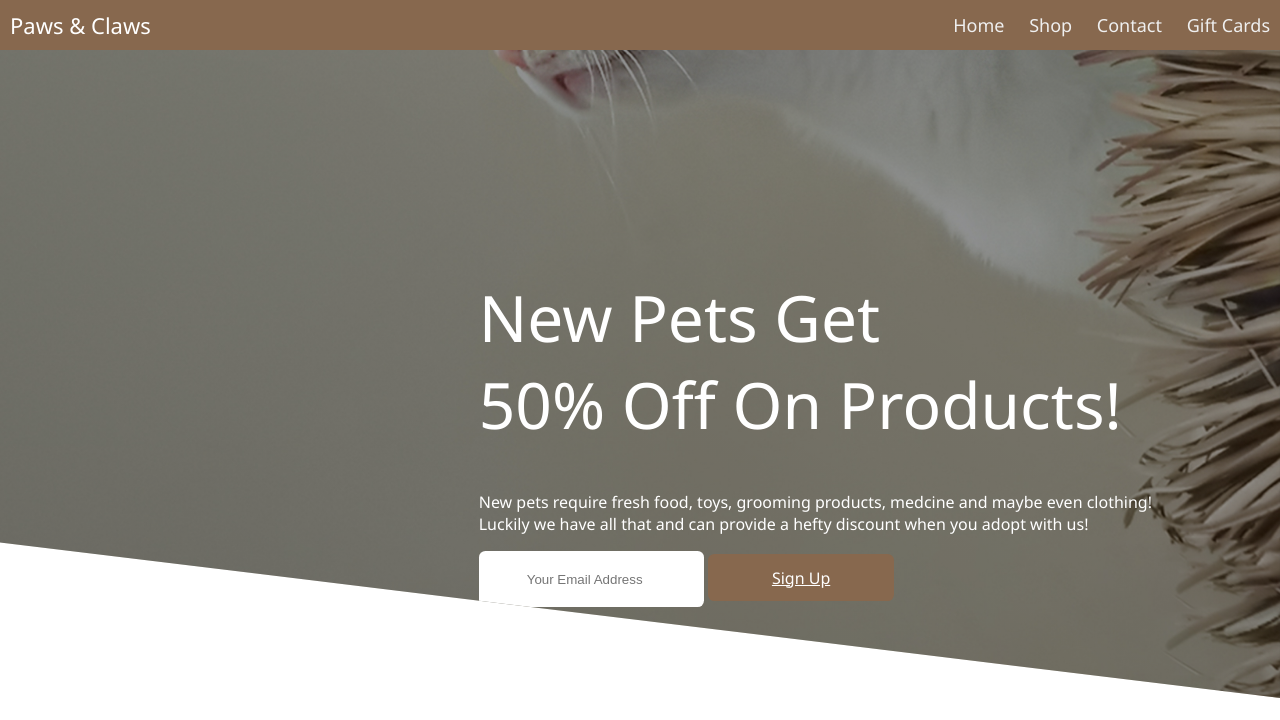
Repository: LtGriff/petProject
Page: dist/about.html
The author's editor kept a copy of each file at every save. The page is drawn from the files as they stood at one save, then again after a run of saves.
The browser window is 1280 px wide. The pictures show the whole page.

Above is the page before, as saved 2022-05-19 07:37:30.

After the next 2 saves:
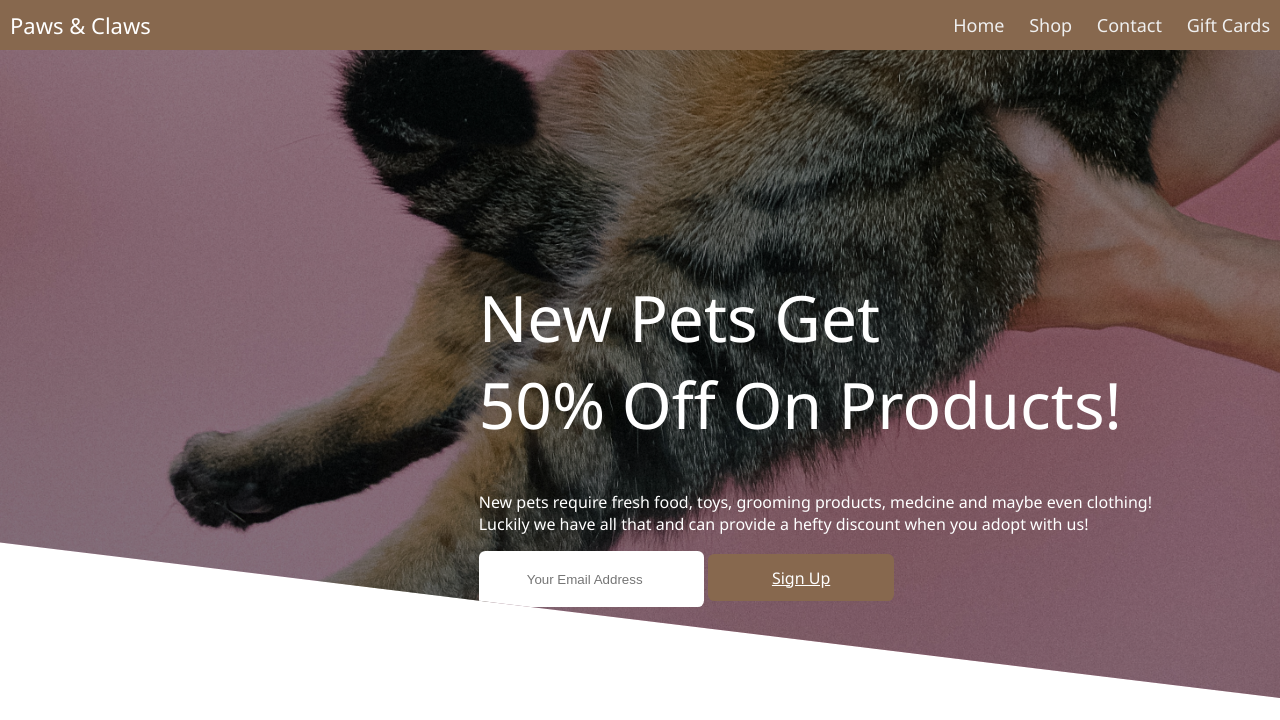
The 2 saves are shown as one change because they came seconds apart.
The last was saved 10 s later.
--- a/dist/CSS/about.css
+++ b/dist/CSS/about.css
@@ -76,7 +76,7 @@
         to left bottom,
         rgba(0, 0, 0, 0.4),
         rgba(0, 0, 0, 0.5)),
-    url("../img/catcreeping.jpg");
+    url("../img/catpink.jpg");
     background-attachment: fixed;
     background-size: cover;
     background-position: bottom right;
